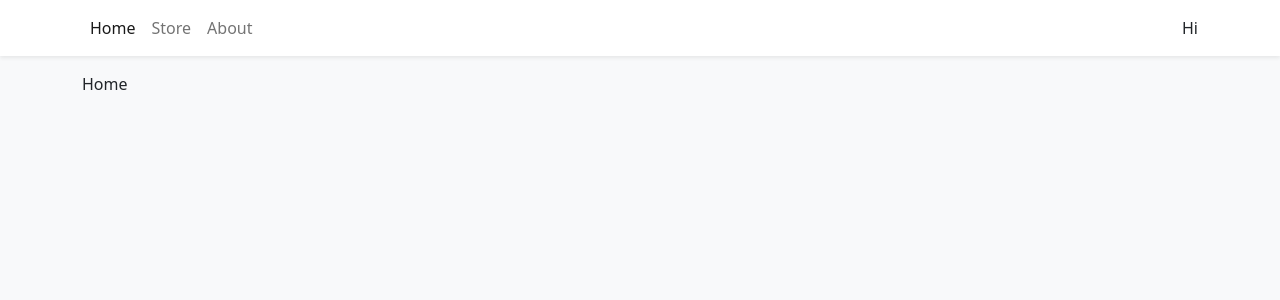
Repository: MoNasr2022/shopping-cart
Page: /
The author's editor kept a copy of each file at every save. The page is drawn from the files as they stood at one save, then again after a run of saves.
The browser window is 1280 px wide. The pictures show the whole page.
The project was rebuilt for these pictures with package versions that can differ from the ones it lists, and the page was loaded fresh each time. Also part of the build but not shown: vite.config.ts, src/pages/Store.tsx, src/pages/About.tsx.

Above is the page before, as saved 2023-04-17 01:28:09.

After the next 4 saves:
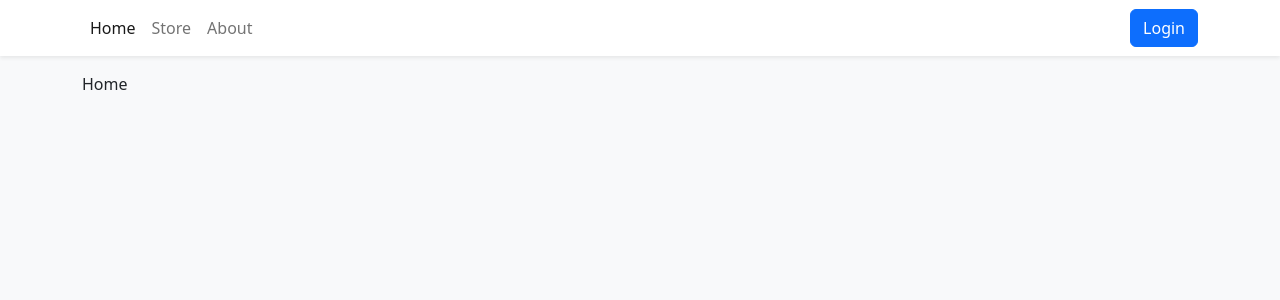
The 4 saves are shown as one change because they came seconds apart.
The last was saved 21 s later.
--- a/src/components/Navbar.tsx
+++ b/src/components/Navbar.tsx
@@ -14,7 +14,7 @@ export default function Navbar() {
                   <Nav.Link as={NavLink} to="/about" > About</Nav.Link>
 
               </Nav>
-              Hi
+              <button className="btn btn-primary">Login</button>
       </Container>
     </NavbarB>
   );
